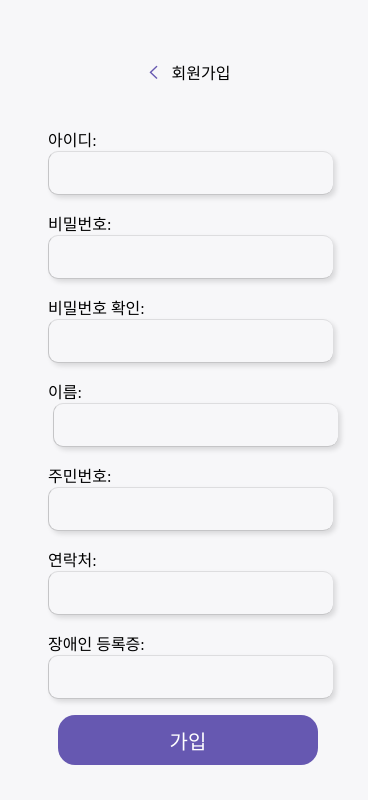
Repository: PEPI-dev/UI
Page: regist/regist.html
These files come from the project's save history. The page is drawn as it stood at one moment and after the next save; the edit follows.
The browser window is 360 px wide. The page is 368 px wide, so the pictures cover 368 px, including what lies to the right of the window. The pictures show the whole page.
Some web fonts or font styles are not loaded; a fallback is used.

Above is the page before, as saved 2023-12-04 17:45:24.

After the next save:
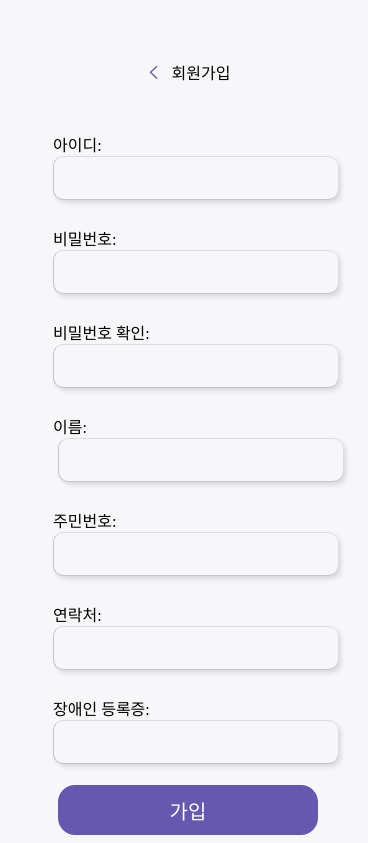
Saved 4 s later.
--- a/regist/regist.css
+++ b/regist/regist.css
@@ -86,8 +86,9 @@ body {
 
     .input_form{
 
+        padding: 5px;
+    }
 
-    }
     #name {
         margin-left: 5px;
     }
